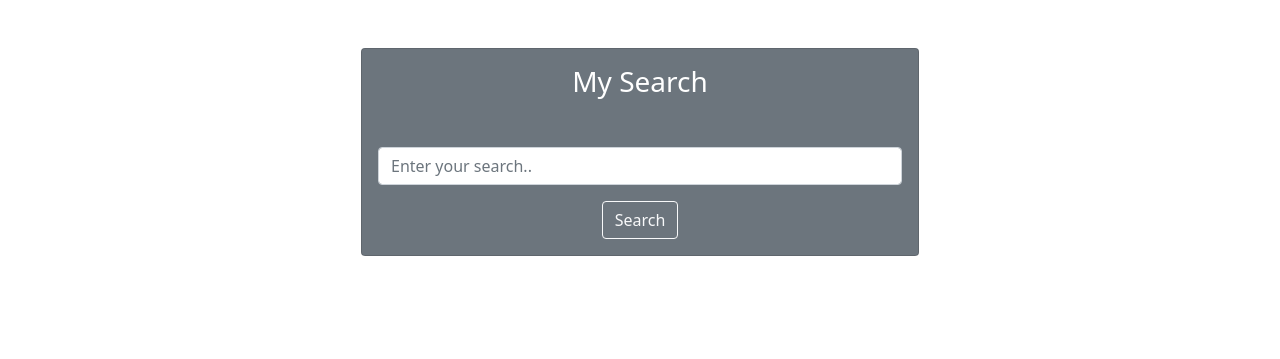
Repository: Hits-95/Spring
Page: http://localhost/SpringMVC_Search/home
The author's editor kept a copy of each file at every save. The page is drawn from the files as they stood at one save, then again after the next save.
The browser window is 1280 px wide. The pictures show the whole page.
The page is served by Tomcat 9. Other server files are loaded and not shown.

Above is the page before, as saved 2021-04-10 07:11:36.

### SpringMVC_Search/src/main/webapp/WEB-INF/spring-servlet.xml
<?xml version="1.0" encoding="UTF-8"?>
<beans xmlns="http://www.springframework.org/schema/beans"
	xmlns:xsi="http://www.w3.org/2001/XMLSchema-instance" xmlns:context="http://www.springframework.org/schema/context"
	xmlns:p="http://www.springframework.org/schema/p" xmlns:tx="http://www.springframework.org/schema/tx"
	xsi:schemaLocation="http://www.springframework.org/schema/beans
 	http://www.springframework.org/schema/beans/spring-beans.xsd
 	http://www.springframework.org/schema/context
 	http://www.springframework.org/schema/context/spring-context.xsd
 	http://www.springframework.org/schema/tx
 	http://www.springframework.org/schema/tx/spring-tx.xsd
 	">


	<!-- enable annotation -->
	<context:component-scan base-package="SpringMVC_Search"></context:component-scan>
	<!-- this is our bean -->

	<bean
		class="org.springframework.web.servlet.view.InternalResourceViewResolver"
		name="viewResolver">

		<property name="prefix" value="/WEB-INF/views/" />
		<property name="suffix" value=".jsp" />
	</bean>



</beans>

### SpringMVC_Search/src/main/webapp/WEB-INF/views/home.jsp
<%@ page language="java" contentType="text/html; charset=ISO-8859-1"
	pageEncoding="ISO-8859-1"%>
<%@include file="link.jsp"%>
<!DOCTYPE html PUBLIC "-//W3C//DTD HTML 4.01 Transitional//EN" "http://www.w3.org/TR/html4/loose.dtd">
<html>
<head>
<meta http-equiv="Content-Type" content="text/html; charset=ISO-8859-1">
<title>Home</title>
</head>
<body>
	<div class="container">
		<div class="card mx-auto mt-5 bg-secondary" style="width: 50%;">
			<!-- <img src="..." class="card-img-top" alt="..."> -->
			<div class="card-body">
			<h3 class = "text-center text-white">My Search</h3>
				<form class = "mt-5" action="">
					<div class="mb-3">
						<input type="text" class="form-control" id="querybox"
							name="querybox" placeholder="Enter your search..">
					</div>
					<div class="container text-center">
						<button type="button" class="btn btn-outline-light">Search</button>
					</div>
				</form>
			</div>
		</div>
	</div>

</body>
</html>

### SpringMVC_Search/src/main/webapp/WEB-INF/views/link.jsp
<!doctype html>
<html lang="en">
  <head>
    <!-- Required meta tags -->
    <meta charset="utf-8">
    <meta name="viewport" content="width=device-width, initial-scale=1">

    <!-- Bootstrap CSS -->
    <link href="https://cdn.jsdelivr.net/npm/bootstrap@5.0.0-beta3/dist/css/bootstrap.min.css" rel="stylesheet" integrity="sha384-eOJMYsd53ii+scO/bJGFsiCZc+5NDVN2yr8+0RDqr0Ql0h+rP48ckxlpbzKgwra6" crossorigin="anonymous">


  </head>
  <body>


    <!-- Optional JavaScript; choose one of the two! -->

    <!-- Option 1: Bootstrap Bundle with Popper -->
    <script src="https://cdn.jsdelivr.net/npm/bootstrap@5.0.0-beta3/dist/js/bootstrap.bundle.min.js" integrity="sha384-JEW9xMcG8R+pH31jmWH6WWP0WintQrMb4s7ZOdauHnUtxwoG2vI5DkLtS3qm9Ekf" crossorigin="anonymous"></script>

    <!-- Option 2: Separate Popper and Bootstrap JS -->
    <!--
    <script src="https://cdn.jsdelivr.net/npm/@popperjs/core@2.9.1/dist/umd/popper.min.js" integrity="sha384-SR1sx49pcuLnqZUnnPwx6FCym0wLsk5JZuNx2bPPENzswTNFaQU1RDvt3wT4gWFG" crossorigin="anonymous"></script>
    <script src="https://cdn.jsdelivr.net/npm/bootstrap@5.0.0-beta3/dist/js/bootstrap.min.js" integrity="sha384-j0CNLUeiqtyaRmlzUHCPZ+Gy5fQu0dQ6eZ/xAww941Ai1SxSY+0EQqNXNE6DZiVc" crossorigin="anonymous"></script>
    -->
  </body>
</html>

### SpringMVC_Search/src/main/java/SpringMVC_Search/SearchController.java
package SpringMVC_Search;

import org.springframework.stereotype.Controller;
import org.springframework.web.bind.annotation.RequestMapping;

@Controller
public class SearchController {

	@RequestMapping("/home")
	public String home(){

		System.out.println("home was called...");
		return"home";
	}
}

After the next save:
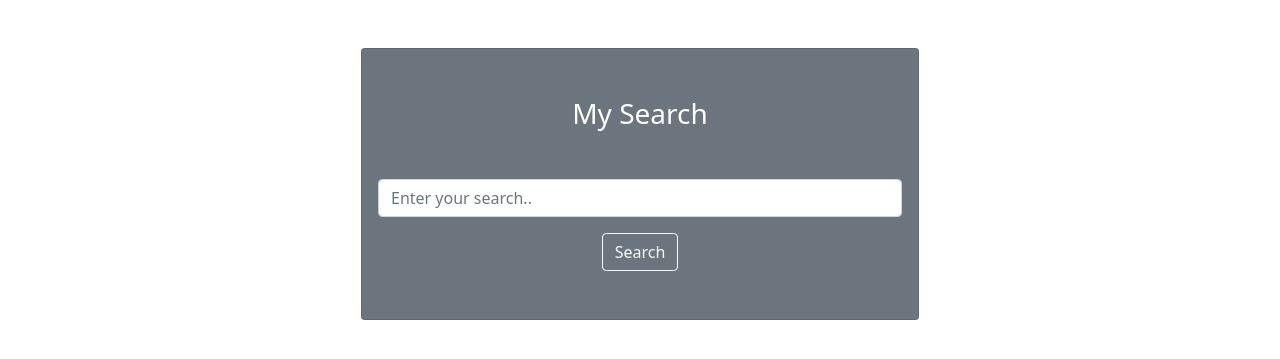
Saved 84 s later.
--- a/SpringMVC_Search/src/main/webapp/WEB-INF/views/home.jsp
+++ b/SpringMVC_Search/src/main/webapp/WEB-INF/views/home.jsp
@@ -11,7 +11,7 @@
 	<div class="container">
 		<div class="card mx-auto mt-5 bg-secondary" style="width: 50%;">
 			<!-- <img src="..." class="card-img-top" alt="..."> -->
-			<div class="card-body">
+			<div class="card-body py-5">
 			<h3 class = "text-center text-white">My Search</h3>
 				<form class = "mt-5" action="">
 					<div class="mb-3">
